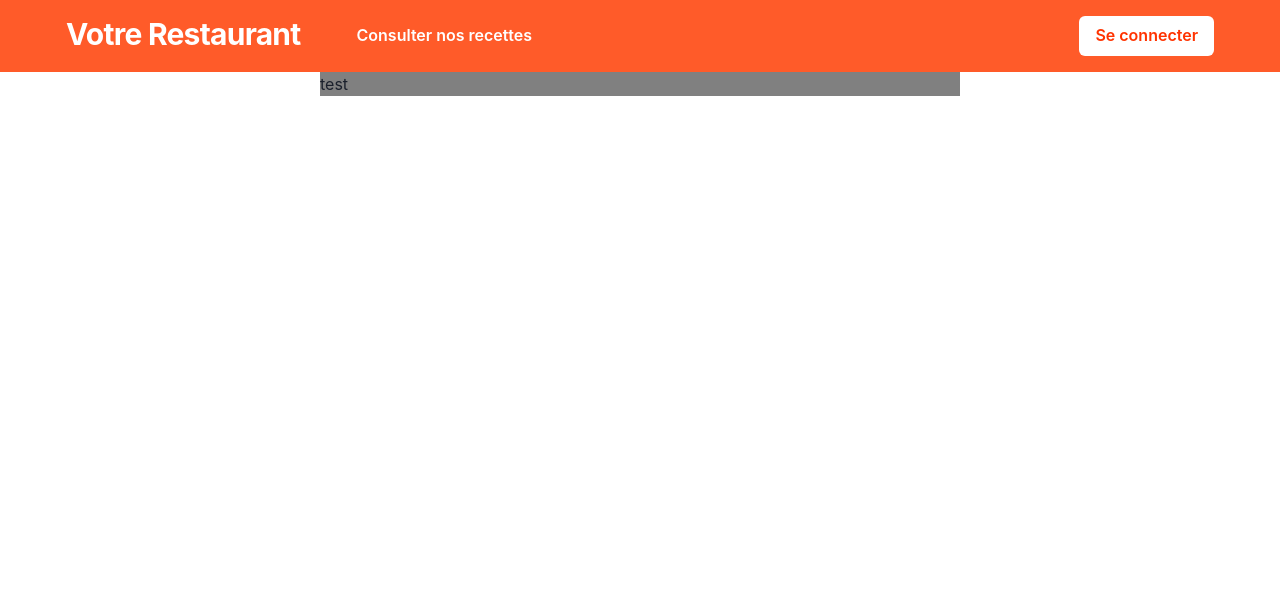
Repository: Ecaron76/tp-restau-next
Page: /
The author's editor kept a copy of each file at every save. The page is drawn from the files as they stood at one save, then again after the next save.
The browser window is 1280 px wide. The pictures show the whole page.
The project was rebuilt for these pictures with package versions that can differ from the ones it lists, and the page was loaded fresh each time. The framework's server and built-in components were replaced by stand-ins that run in the browser. Also part of the build but not shown: next.config.mjs.

Above is the page before, as saved 2024-02-25 18:36:18.

After the next save:
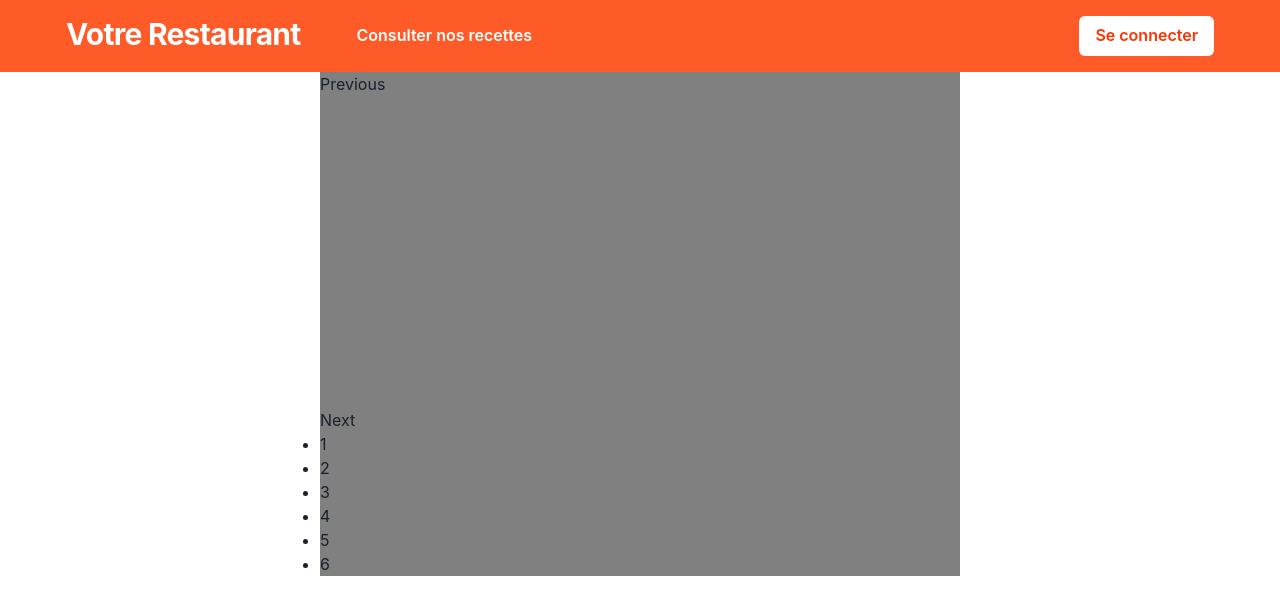
Saved 5 s later.
--- a/src/app/page.tsx
+++ b/src/app/page.tsx
@@ -2,13 +2,14 @@ import Image from "next/image";
 
 import Header from "@/components/Header/Header";
 import PageContainer from "@/components/PageContainer/PageContainer";
+import SliderResto from "@/components/SliderResto/SliderResto";
 
 export default function Home() {
   return (
     <main >
       <Header />
       <PageContainer>
-        <p>test</p>
+        <SliderResto />
       </PageContainer>
     </main>
   );
